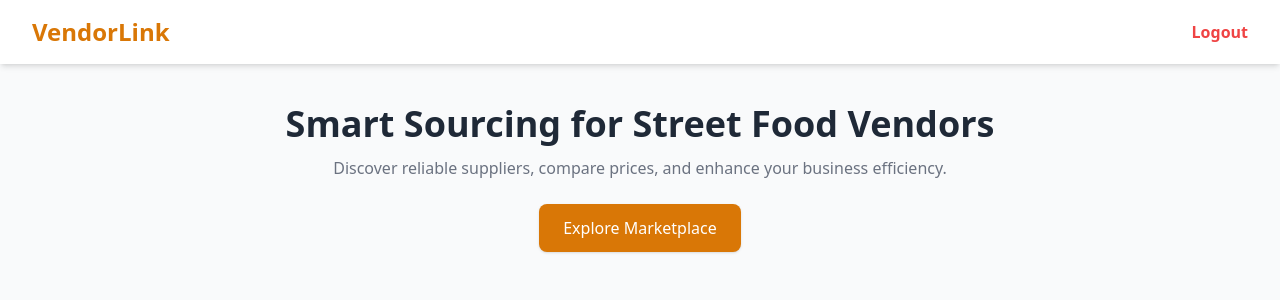
Repository: Omkar0746/VendorLink_Hackathon
Page: VendorLink_Project-main/frontend/index.html
The author's editor kept a copy of each file at every save. The page is drawn from the files as they stood at one save, then again after the next save.
The browser window is 1280 px wide. The pictures show the whole page.
Some web libraries are served in a nearby version.

Above is the page before, as saved 2025-11-27 16:23:26.

### VendorLink_Project-main/frontend/index.html
<!DOCTYPE html>
<html lang="en">
<head>
    <meta charset="UTF-8">
    <title>VendorLink • Smart Sourcing</title>
    <script src="https://cdn.tailwindcss.com"></script>
</head>

<body class="bg-gray-50">

<!-- NAV -->
<nav class="w-full bg-white shadow-md py-4 px-8 flex justify-between items-center">
    <h1 class="text-2xl font-bold text-amber-600">VendorLink</h1>

    <button onclick="logout()" class="text-red-500 font-semibold">Logout</button>
</nav>

<!-- HERO -->
<section class="p-10 text-center">
    <h2 class="text-4xl font-bold text-gray-800">Smart Sourcing for Street Food Vendors</h2>
    <p class="text-gray-500 mt-3 max-w-2xl mx-auto">
        Discover reliable suppliers, compare prices, and enhance your business efficiency.
    </p>

    <button onclick="window.location.href='marketplace.html'"
            class="bg-amber-600 text-white px-6 py-3 mt-6 rounded-lg shadow hover:bg-amber-700">
        Explore Marketplace
    </button>
</section>

</body>
</html>

After the next save:
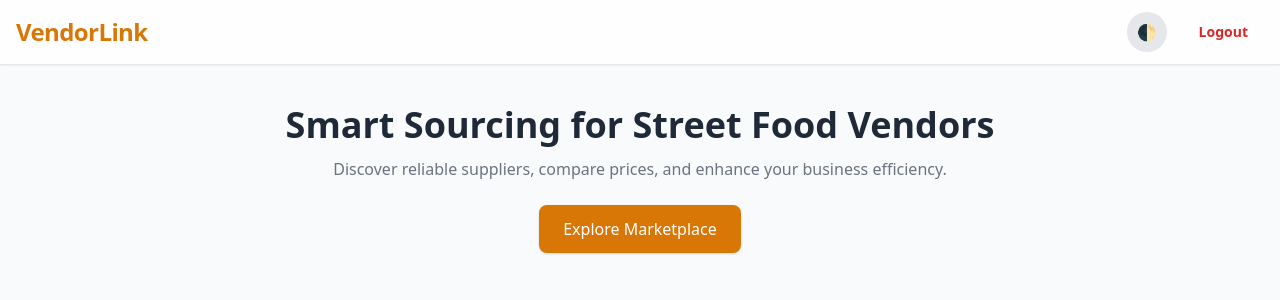
Saved 31 s later.
--- a/VendorLink_Project-main/frontend/index.html
+++ b/VendorLink_Project-main/frontend/index.html
@@ -9,11 +9,26 @@
 <body class="bg-gray-50">
 
 <!-- NAV -->
-<nav class="w-full bg-white shadow-md py-4 px-8 flex justify-between items-center">
-    <h1 class="text-2xl font-bold text-amber-600">VendorLink</h1>
+<nav class="sticky top-0 z-50 bg-white/80 dark:bg-gray-900/80 backdrop-blur-md shadow-sm border-b border-gray-200 dark:border-gray-700">
+  <div class="max-w-7xl mx-auto px-4 py-3 flex justify-between items-center">
+    <h1 onclick="window.location.href='index.html'"
+        class="text-2xl font-extrabold text-amber-600 cursor-pointer tracking-tight">
+      VendorLink
+    </h1>
 
-    <button onclick="logout()" class="text-red-500 font-semibold">Logout</button>
+    <div class="flex gap-4 items-center">
+      <button id="themeToggle" class="w-10 h-10 rounded-full flex items-center justify-center bg-gray-200 dark:bg-gray-700">
+        🌓
+      </button>
+
+      <button onclick="logout()"
+              class="px-4 py-2 text-sm font-semibold text-red-600 dark:text-red-400 hover:underline">
+        Logout
+      </button>
+    </div>
+  </div>
 </nav>
+
 
 <!-- HERO -->
 <section class="p-10 text-center">
